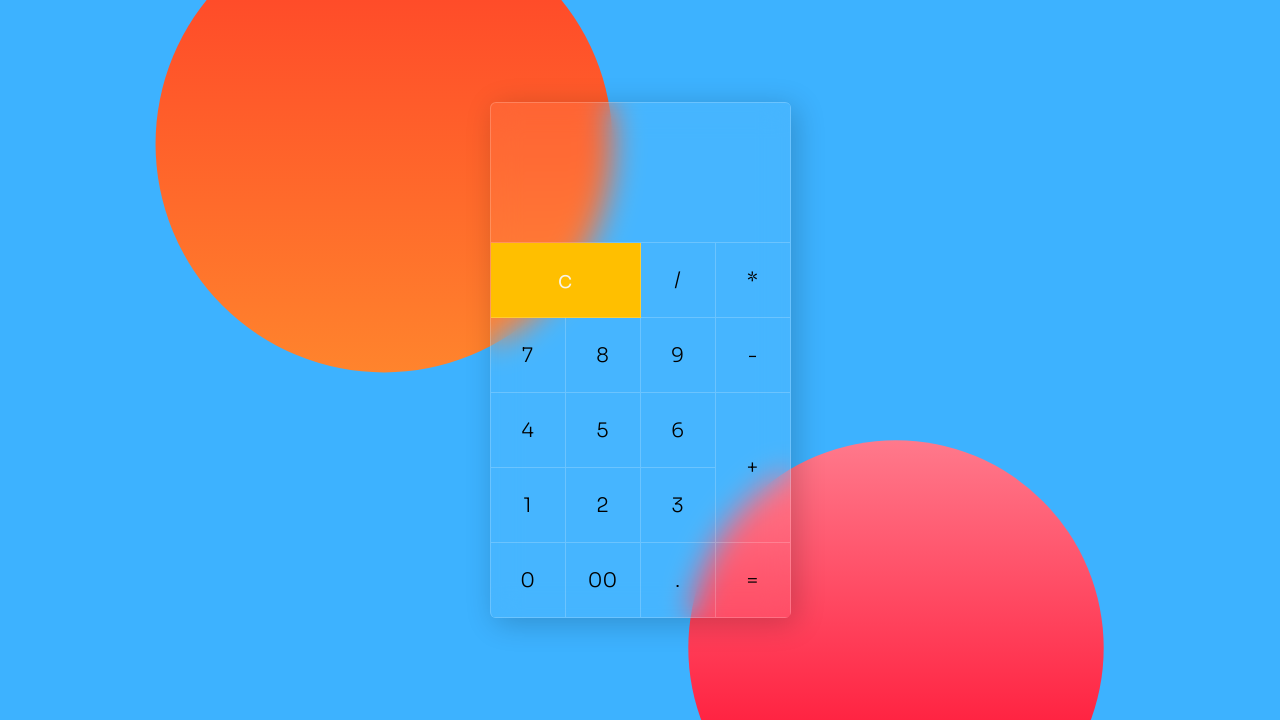
Repository: tharunkumaar404/Glass-Calci
Page: index.html
The author's editor kept a copy of each file at every save. The page is drawn from the files as they stood at one save, then again after the next save.
The browser window is 1280 px wide. The pictures show the whole page.
The first visible `.container .calculator span` is being pressed.

Above is the page before, as saved 2021-08-26 15:09:37.

### index.html
<!DOCTYPE html>
<html lang="en">
<head>
    <meta charset="UTF-8">
    <meta http-equiv="X-UA-Compatible" content="IE=edge">
    <meta name="viewport" content="width=device-width, initial-scale=1.0">
    <title>Calculator</title>
    <link rel="stylesheet" href="styles.css">
</head>
<body>
    <div class="container">
        <form class="calculator" name="calc">
            <input type="text" readonly class="value" name="txt"/>
            <span class="num clear" onclick="calc.txt.value = ''">c</span>
            <span class="num" onclick="document.calc.txt.value +='/'">/</span>
            <span class="num" onclick="document.calc.txt.value +='*'">*</span>
            <span class="num" onclick="document.calc.txt.value +='7'">7</span>
            <span class="num" onclick="document.calc.txt.value +='8'">8</span>
            <span class="num" onclick="document.calc.txt.value +='9'">9</span>
            <span class="num" onclick="document.calc.txt.value +='-'">-</span>
            <span class="num" onclick="document.calc.txt.value +='4'">4</span>
            <span class="num " onclick="document.calc.txt.value +='5'">5</span>
            <span class="num" onclick="document.calc.txt.value +='6'">6</span>
            <span class="num plus" onclick="document.calc.txt.value +='+'">+</span>
            <span class="num" onclick="document.calc.txt.value +='1'">1</span>
            <span class="num" onclick="document.calc.txt.value +='2'">2</span>
            <span class="num" onclick="document.calc.txt.value +='3'">3</span>
            <span class="num" onclick="document.calc.txt.value +='0'">0</span>
            <span class="num" onclick="document.calc.txt.value +='00'">00</span>
            <span class="num" onclick="document.calc.txt.value +='.'"">.</span>
            <span class="num equal" onclick="document.calc.txt.value =eval(calc.txt.value)">=</span>
        </form>
    </div>
    <script type="text/javascript" src="vanilla-tilt.js"></script>
    <script type="text/javascript">
    	VanillaTilt.init(document.querySelector(".container"), {
    		max: 15,
    		speed: 400,
            glare: true,
            "max-glare":0.2,
            gyroscope:true,
    	});
    </script>
</body>
</html>

### styles.css
@import url('https://fonts.googleapis.com/css2?family=Sora:wght@300&display=swap');

*{
    margin: 0;
    padding: 0;
    box-sizing: border-box;
    font-family: 'Sora', sans-serif;
}

body{
display:flex;
justify-content: center;
align-items: center;
min-height: 100vh;
background: #3DB2FF;
}

body::before{
    content: '';
    position: absolute;
    top: 0;
    left:0;
    width: 100%;
    height:100%;
    background:linear-gradient(#FF4C29,#FFB830);
    clip-path: circle(22% at 30% 20%);
}
body::after{
    content: '';
    position: absolute;
    top: 0;
    left:0;
    width: 100%;
    height:100%;
    background:linear-gradient(#fff,#FF2442);
    clip-path: circle(20% at 70% 90%);
}

.container{
    position:relative;
    background: rgba(255,255,255,0.05);
    border-radius: 6px;
    overflow: hidden;
    z-index:10;
    backdrop-filter: blur(15px);
    border-top: 1px solid rgba(255,255,255,0.2);
    border-left:1px solid rgba(255,255,255,0.2);
    box-shadow: 5px 5px 30px rgba(0,0,0,0.2);

}

.container .calculator{
    position:relative;
    display:grid;

}

.container .calculator .value{
    grid-column: span 4;
    height: 140px;
    width:300px;
    text-align:right;
    border:none;
    outline:none;
    padding:10px;
    font-size:30px;
    background: transparent;
    color: #000;
    border-bottom: 1px solid rgba(255,255,255,0.2);
    border-right:1px solid rgba(255,255,255,0.2);


}
.container .calculator span {
    display:grid;
    place-items:center;
    height: 75px;
    width:75px;
    color:black;
    cursor:pointer;
    font-weight:400;
    font-size:20px;
    user-select:none;
    border-bottom: 1px solid rgba(255,255,255,0.2);
    border-right:1px solid rgba(255,255,255,0.2);
    transition: 0.5s;


}
.container .calculator span:hover{
    transition: 0s;
    background: rgba(255,255,255,0.2);
}

.container .calculator span:active{
    background: #ffbf00;
    color: #F7F3E9;
    font-size: 24px;
    font-weight: 500;

}
.container .calculator .clear{
    grid-column: span 2;
    width:150px;
    background: rgba(255,255,255,0.2);
}
.container .calculator .plus{
grid-row: span 2;
height:150px;
}

### vanilla-tilt.js
var VanillaTilt = (function () {
'use strict';

/**
 * Created by Sergiu Șandor (micku7zu) on 1/27/2017.
 * Original idea: https://github.com/gijsroge/tilt.js
 * MIT License.
 * Version 1.7.1
 */

class VanillaTilt {
  constructor(element, settings = {}) {
    if (!(element instanceof Node)) {
      throw ("Can't initialize VanillaTilt because " + element + " is not a Node.");
    }

    this.width = null;
    this.height = null;
    this.clientWidth = null;
    this.clientHeight = null;
    this.left = null;
    this.top = null;

    // for Gyroscope sampling
    this.gammazero = null;
    this.betazero = null;
    this.lastgammazero = null;
    this.lastbetazero = null;

    this.transitionTimeout = null;
    this.updateCall = null;
    this.event = null;

    this.updateBind = this.update.bind(this);
    this.resetBind = this.reset.bind(this);

    this.element = element;
    this.settings = this.extendSettings(settings);

    this.reverse = this.settings.reverse ? -1 : 1;
    this.glare = VanillaTilt.isSettingTrue(this.settings.glare);
    this.glarePrerender = VanillaTilt.isSettingTrue(this.settings["glare-prerender"]);
    this.fullPageListening = VanillaTilt.isSettingTrue(this.settings["full-page-listening"]);
    this.gyroscope = VanillaTilt.isSettingTrue(this.settings.gyroscope);
    this.gyroscopeSamples = this.settings.gyroscopeSamples;

    this.elementListener = this.getElementListener();

    if (this.glare) {
      this.prepareGlare();
    }

    if (this.fullPageListening) {
      this.updateClientSize();
    }

    this.addEventListeners();
    this.updateInitialPosition();
  }

  static isSettingTrue(setting) {
    return setting === "" || setting === true || setting === 1;
  }

  /**
   * Method returns element what will be listen mouse events
   * @return {Node}
   */
  getElementListener() {
    if (this.fullPageListening) {
      return window.document;
    }

    if (typeof this.settings["mouse-event-element"] === "string") {
      const mouseEventElement = document.querySelector(this.settings["mouse-event-element"]);

      if (mouseEventElement) {
        return mouseEventElement;
      }
    }

    if (this.settings["mouse-event-element"] instanceof Node) {
      return this.settings["mouse-event-element"];
    }

    return this.element;
  }

  /**
   * Method set listen methods for this.elementListener
   * @return {Node}
   */
  addEventListeners() {
    this.onMouseEnterBind = this.onMouseEnter.bind(this);
    this.onMouseMoveBind = this.onMouseMove.bind(this);
    this.onMouseLeaveBind = this.onMouseLeave.bind(this);
    this.onWindowResizeBind = this.onWindowResize.bind(this);
    this.onDeviceOrientationBind = this.onDeviceOrientation.bind(this);

    this.elementListener.addEventListener("mouseenter", this.onMouseEnterBind);
    this.elementListener.addEventListener("mouseleave", this.onMouseLeaveBind);
    this.elementListener.addEventListener("mousemove", this.onMouseMoveBind);

    if (this.glare || this.fullPageListening) {
      window.addEventListener("resize", this.onWindowResizeBind);
    }

    if (this.gyroscope) {
      window.addEventListener("deviceorientation", this.onDeviceOrientationBind);
    }
  }

  /**
   * Method remove event listeners from current this.elementListener
   */
  removeEventListeners() {
    this.elementListener.removeEventListener("mouseenter", this.onMouseEnterBind);
    this.elementListener.removeEventListener("mouseleave", this.onMouseLeaveBind);
    this.elementListener.removeEventListener("mousemove", this.onMouseMoveBind);

    if (this.gyroscope) {
      window.removeEventListener("deviceorientation", this.onDeviceOrientationBind);
    }

    if (this.glare || this.fullPageListening) {
      window.removeEventListener("resize", this.onWindowResizeBind);
    }
  }

  destroy() {
    clearTimeout(this.transitionTimeout);
    if (this.updateCall !== null) {
      cancelAnimationFrame(this.updateCall);
    }

    this.reset();

    this.removeEventListeners();
    this.element.vanillaTilt = null;
    delete this.element.vanillaTilt;

    this.element = null;
  }

  onDeviceOrientation(event) {
    if (event.gamma === null || event.beta === null) {
      return;
    }

    this.updateElementPosition();

    if (this.gyroscopeSamples > 0) {
      this.lastgammazero = this.gammazero;
      this.lastbetazero = this.betazero;

      if (this.gammazero === null) {
        this.gammazero = event.gamma;
        this.betazero = event.beta;
      } else {
        this.gammazero = (event.gamma + this.lastgammazero) / 2;
        this.betazero = (event.beta + this.lastbetazero) / 2;
      }

      this.gyroscopeSamples -= 1;
    }

    const totalAngleX = this.settings.gyroscopeMaxAngleX - this.settings.gyroscopeMinAngleX;
    const totalAngleY = this.settings.gyroscopeMaxAngleY - this.settings.gyroscopeMinAngleY;

    const degreesPerPixelX = totalAngleX / this.width;
    const degreesPerPixelY = totalAngleY / this.height;

    const angleX = event.gamma - (this.settings.gyroscopeMinAngleX + this.gammazero);
    const angleY = event.beta - (this.settings.gyroscopeMinAngleY + this.betazero);

    const posX = angleX / degreesPerPixelX;
    const posY = angleY / degreesPerPixelY;

    if (this.updateCall !== null) {
      cancelAnimationFrame(this.updateCall);
    }

    this.event = {
      clientX: posX + this.left,
      clientY: posY + this.top,
    };

    this.updateCall = requestAnimationFrame(this.updateBind);
  }

  onMouseEnter() {
    this.updateElementPosition();
    this.element.style.willChange = "transform";
    this.setTransition();
  }

  onMouseMove(event) {
    if (this.updateCall !== null) {
      cancelAnimationFrame(this.updateCall);
    }

    this.event = event;
    this.updateCall = requestAnimationFrame(this.updateBind);
  }

  onMouseLeave() {
    this.setTransition();

    if (this.settings.reset) {
      requestAnimationFrame(this.resetBind);
    }
  }

  reset() {
    this.event = {
      clientX: this.left + this.width / 2,
      clientY: this.top + this.height / 2
    };

    if (this.element && this.element.style) {
      this.element.style.transform = `perspective(${this.settings.perspective}px) ` +
        `rotateX(0deg) ` +
        `rotateY(0deg) ` +
        `scale3d(1, 1, 1)`;
    }

    this.resetGlare();
  }

  resetGlare() {
    if (this.glare) {
      this.glareElement.style.transform = "rotate(180deg) translate(-50%, -50%)";
      this.glareElement.style.opacity = "0";
    }
  }

  updateInitialPosition() {
    if (this.settings.startX === 0 && this.settings.startY === 0) {
      return;
    }

    this.onMouseEnter();

    if (this.fullPageListening) {
      this.event = {
        clientX: (this.settings.startX + this.settings.max) / (2 * this.settings.max) * this.clientWidth,
        clientY: (this.settings.startY + this.settings.max) / (2 * this.settings.max) * this.clientHeight
      };
    } else {
      this.event = {
        clientX: this.left + ((this.settings.startX + this.settings.max) / (2 * this.settings.max) * this.width),
        clientY: this.top + ((this.settings.startY + this.settings.max) / (2 * this.settings.max) * this.height)
      };
    }


    let backupScale = this.settings.scale;
    this.settings.scale = 1;
    this.update();
    this.settings.scale = backupScale;
    this.resetGlare();
  }

  getValues() {
    let x, y;

    if (this.fullPageListening) {
      x = this.event.clientX / this.clientWidth;
      y = this.event.clientY / this.clientHeight;
    } else {
      x = (this.event.clientX - this.left) / this.width;
      y = (this.event.clientY - this.top) / this.height;
    }

    x = Math.min(Math.max(x, 0), 1);
    y = Math.min(Math.max(y, 0), 1);

    let tiltX = (this.reverse * (this.settings.max - x * this.settings.max * 2)).toFixed(2);
    let tiltY = (this.reverse * (y * this.settings.max * 2 - this.settings.max)).toFixed(2);
    let angle = Math.atan2(this.event.clientX - (this.left + this.width / 2), -(this.event.clientY - (this.top + this.height / 2))) * (180 / Math.PI);

    return {
      tiltX: tiltX,
      tiltY: tiltY,
      percentageX: x * 100,
      percentageY: y * 100,
      angle: angle
    };
  }

  updateElementPosition() {
    let rect = this.element.getBoundingClientRect();

    this.width = this.element.offsetWidth;
    this.height = this.element.offsetHeight;
    this.left = rect.left;
    this.top = rect.top;
  }

  update() {
    let values = this.getValues();

    this.element.style.transform = "perspective(" + this.settings.perspective + "px) " +
      "rotateX(" + (this.settings.axis === "x" ? 0 : values.tiltY) + "deg) " +
      "rotateY(" + (this.settings.axis === "y" ? 0 : values.tiltX) + "deg) " +
      "scale3d(" + this.settings.scale + ", " + this.settings.scale + ", " + this.settings.scale + ")";

    if (this.glare) {
      this.glareElement.style.transform = `rotate(${values.angle}deg) translate(-50%, -50%)`;
      this.glareElement.style.opacity = `${values.percentageY * this.settings["max-glare"] / 100}`;
    }

    this.element.dispatchEvent(new CustomEvent("tiltChange", {
      "detail": values
    }));

    this.updateCall = null;
  }

  /**
   * Appends the glare element (if glarePrerender equals false)
   * and sets the default style
   */
  prepareGlare() {
    // If option pre-render is enabled we assume all html/css is present for an optimal glare effect.
    if (!this.glarePrerender) {
      // Create glare element
      const jsTiltGlare = document.createElement("div");
      jsTiltGlare.classList.add("js-tilt-glare");

      const jsTiltGlareInner = document.createElement("div");
      jsTiltGlareInner.classList.add("js-tilt-glare-inner");

      jsTiltGlare.appendChild(jsTiltGlareInner);
      this.element.appendChild(jsTiltGlare);
    }

    this.glareElementWrapper = this.element.querySelector(".js-tilt-glare");
    this.glareElement = this.element.querySelector(".js-tilt-glare-inner");

    if (this.glarePrerender) {
      return;
    }

    Object.assign(this.glareElementWrapper.style, {
      "position": "absolute",
      "top": "0",
      "left": "0",
      "width": "100%",
      "height": "100%",
      "overflow": "hidden",
      "pointer-events": "none"
    });

    Object.assign(this.glareElement.style, {
      "position": "absolute",
      "top": "50%",
      "left": "50%",
      "pointer-events": "none",
      "background-image": `linear-gradient(0deg, rgba(255,255,255,0) 0%, rgba(255,255,255,1) 100%)`,
      "width": `${this.element.offsetWidth * 2}px`,
      "height": `${this.element.offsetWidth * 2}px`,
      "transform": "rotate(180deg) translate(-50%, -50%)",
      "transform-origin": "0% 0%",
      "opacity": "0",
    });
  }

  updateGlareSize() {
    if (this.glare) {
      Object.assign(this.glareElement.style, {
        "width": `${this.element.offsetWidth * 2}`,
        "height": `${this.element.offsetWidth * 2}`,
      });
    }
  }

  updateClientSize() {
    this.clientWidth = window.innerWidth
      || document.documentElement.clientWidth
      || document.body.clientWidth;

    this.clientHeight = window.innerHeight
      || document.documentElement.clientHeight
      || document.body.clientHeight;
  }

  onWindowResize() {
    this.updateGlareSize();
    this.updateClientSize();
  }

  setTransition() {
    clearTimeout(this.transitionTimeout);
    this.element.style.transition = this.settings.speed + "ms " + this.settings.easing;
    if (this.glare) this.glareElement.style.transition = `opacity ${this.settings.speed}ms ${this.settings.easing}`;

    this.transitionTimeout = setTimeout(() => {
      this.element.style.transition = "";
      if (this.glare) {
        this.glareElement.style.transition = "";
      }
    }, this.settings.speed);

  }

  /**
   * Method return patched settings of instance
   * @param {boolean} settings.reverse - reverse the tilt direction
   * @param {number} settings.max - max tilt rotation (degrees)
   * @param {startX} settings.startX - the starting tilt on the X axis, in degrees. Default: 0
   * @param {startY} settings.startY - the starting tilt on the Y axis, in degrees. Default: 0
   * @param {number} settings.perspective - Transform perspective, the lower the more extreme the tilt gets
   * @param {string} settings.easing - Easing on enter/exit
   * @param {number} settings.scale - 2 = 200%, 1.5 = 150%, etc..
   * @param {number} settings.speed - Speed of the enter/exit transition
   * @param {boolean} settings.transition - Set a transition on enter/exit
   * @param {string|null} settings.axis - What axis should be disabled. Can be X or Y
   * @param {boolean} settings.glare - What axis should be disabled. Can be X or Y
   * @param {number} settings.max-glare - the maximum "glare" opacity (1 = 100%, 0.5 = 50%)
   * @param {boolean} settings.glare-prerender - false = VanillaTilt creates the glare elements for you, otherwise
   * @param {boolean} settings.full-page-listening - If true, parallax effect will listen to mouse move events on the whole document, not only the selected element
   * @param {string|object} settings.mouse-event-element - String selector or link to HTML-element what will be listen mouse events
   * @param {boolean} settings.reset - false = If the tilt effect has to be reset on exit
   * @param {gyroscope} settings.gyroscope - Enable tilting by deviceorientation events
   * @param {gyroscopeSensitivity} settings.gyroscopeSensitivity - Between 0 and 1 - The angle at which max tilt position is reached. 1 = 90deg, 0.5 = 45deg, etc..
   * @param {gyroscopeSamples} settings.gyroscopeSamples - How many gyroscope moves to decide the starting position.
   */
  extendSettings(settings) {
    let defaultSettings = {
      reverse: false,
      max: 15,
      startX: 0,
      startY: 0,
      perspective: 1000,
      easing: "cubic-bezier(.03,.98,.52,.99)",
      scale: 1,
      speed: 300,
      transition: true,
      axis: null,
      glare: false,
      "max-glare": 1,
      "glare-prerender": false,
      "full-page-listening": false,
      "mouse-event-element": null,
      reset: true,
      gyroscope: true,
      gyroscopeMinAngleX: -45,
      gyroscopeMaxAngleX: 45,
      gyroscopeMinAngleY: -45,
      gyroscopeMaxAngleY: 45,
      gyroscopeSamples: 10
    };

    let newSettings = {};
    for (var property in defaultSettings) {
      if (property in settings) {
        newSettings[property] = settings[property];
      } else if (this.element.hasAttribute("data-tilt-" + property)) {
        let attribute = this.element.getAttribute("data-tilt-" + property);
        try {
          newSettings[property] = JSON.parse(attribute);
        } catch (e) {
          newSettings[property] = attribute;
        }

      } else {
        newSettings[property] = defaultSettings[property];
      }
    }

    return newSettings;
  }

  static init(elements, settings) {
    if (elements instanceof Node) {
      elements = [elements];
    }

    if (elements instanceof NodeList) {
      elements = [].slice.call(elements);
    }

    if (!(elements instanceof Array)) {
      return;
    }

    elements.forEach((element) => {
      if (!("vanillaTilt" in element)) {
        element.vanillaTilt = new VanillaTilt(element, settings);
      }
    });
  }
}

if (typeof document !== "undefined") {
  /* expose the class to window */
  window.VanillaTilt = VanillaTilt;

  /**
   * Auto load
   */
  VanillaTilt.init(document.querySelectorAll("[data-tilt]"));
}

return VanillaTilt;

}());

After the next save:
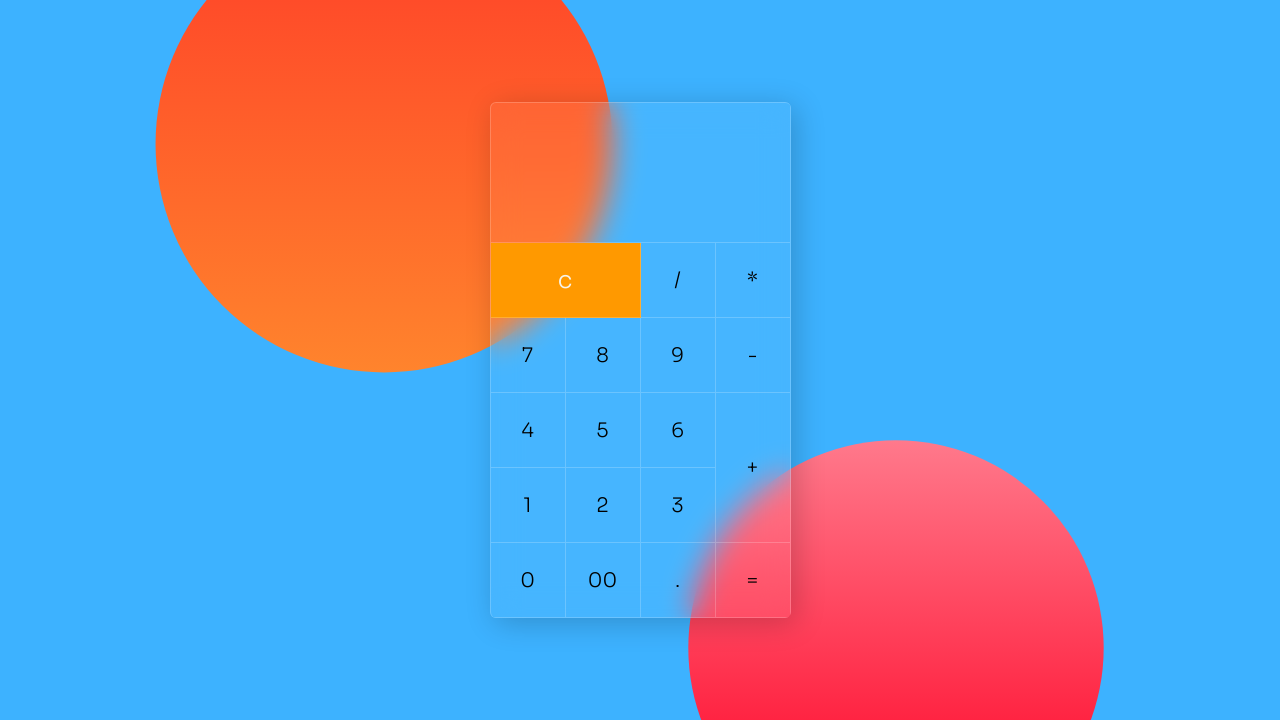
Saved 19 s later.
--- a/styles.css
+++ b/styles.css
@@ -93,7 +93,7 @@ body::after{
 }
 
 .container .calculator span:active{
-    background: #ffbf00;
+    background: #ff9900;
     color: #F7F3E9;
     font-size: 24px;
     font-weight: 500;
